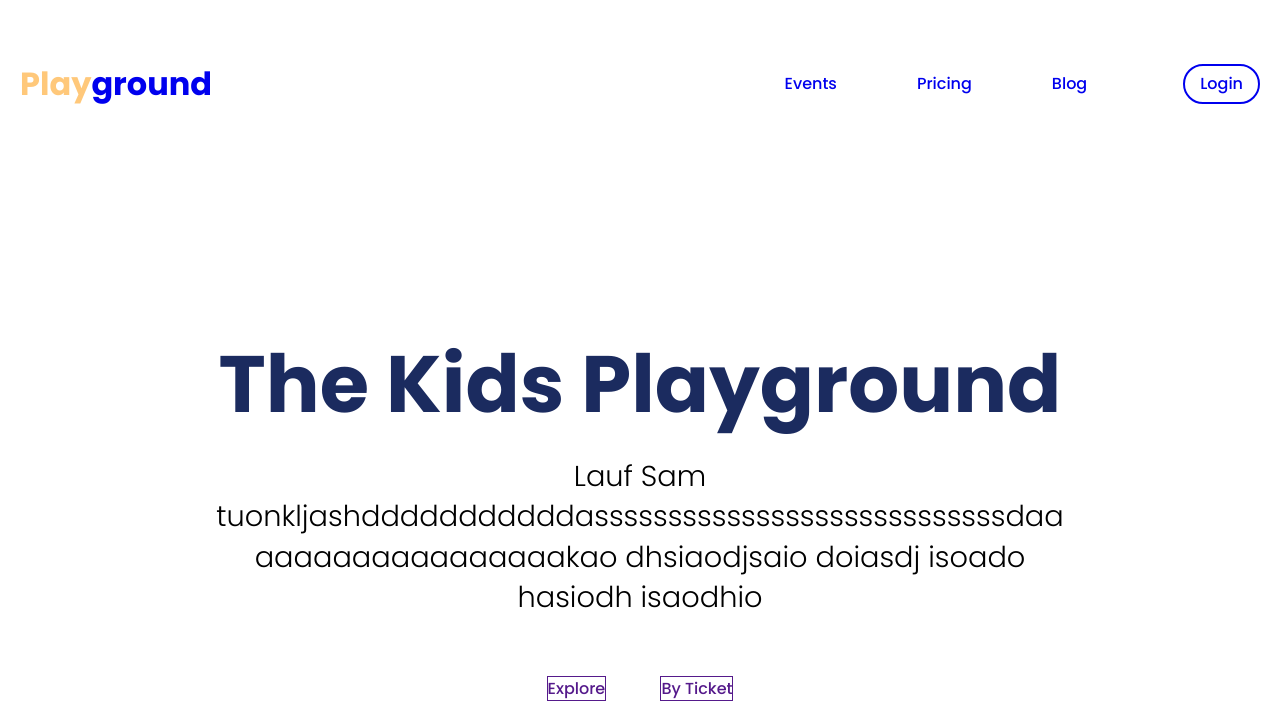
Repository: lausamtuong/Cut-psd-to-html
Page: index.html
An editor plug-in stored every save of this project. The page is shown before and after the next save, followed by the edit.
The browser window is 1280 px wide. The pictures show the whole page.
The style sheet was rebuilt from its Sass, Less or Tailwind sources for each picture, by a compiler version that may differ from the author's.

Above is the page before, as saved 2021-12-06 15:49:12.

### index.html
<!DOCTYPE html>
<html lang="en">
<head>
    <meta charset="UTF-8">
    <meta http-equiv="X-UA-Compatible" content="IE=edge">
    <meta name="viewport" content="width=device-width, initial-scale=1.0">

    <title>Document</title>
    <link rel="stylesheet" href="style.css">
    <link rel="stylesheet" href="reset.css">
    <link href="https://fonts.googleapis.com/css2?family=Lato:ital,wght@1,700;1,900&family=Poppins:wght@300;500;700&display=swap" rel="stylesheet">

</head>
<body>
    <div class="wrapper">
        <header class="header">
            <div class="container header__iner">
                <a href="index.html" class="logo">
                    <span class="logo__text">Play</span>ground
                </a>
                <nav class="header__menu">
                    <ul class="header__menu-list">
                        <li class="header__menu-item">
                            <a href="#" class="header__menu-link">Events</a>
                        </li>
                        <li class="header__menu-item">
                            <a href="#" class="header__menu-link">Pricing</a>
                        </li>
                        <li class="header__menu-item">
                            <a href="#" class="header__menu-link">Blog</a>
                        </li>
                        <li class="header__menu-item">
                            <a href="#" class="header__menu-link header__menu-login">Login</a>
                        </li>
                    </ul>
                </nav>
            </div>
        </header>
        <section class="banner">
            <div class="container">
                <h1 class="banner__headding">
                    The Kids Playground
                </h1>
                <p class="banner__decs">Lauf Sam tuonkljashdddddddddddassssssssssssssssssssssssssssdaaaaaaaaaaaaaaaaaakao dhsiaodjsaio doiasdj isoado hasiodh isaodhio</p>
                <div class="banner__buttons">
                    <a href="" class="btn">Explore</a>
                    <a href="" class="btn">By Ticket</a>
                </div>
            </div>
        </section>
    </div>
</body>
</html>

### reset.css
/* http://meyerweb.com/eric/tools/css/reset/
   v2.0 | 20110126
   License: none (public domain)
*/

html, body, div, span, applet, object, iframe,
h1, h2, h3, h4, h5, h6, p, blockquote, pre,
a, abbr, acronym, address, big, cite, code,
del, dfn, em, img, ins, kbd, q, s, samp,
small, strike, strong, sub, sup, tt, var,
b, u, i, center,
dl, dt, dd, ol, ul, li,
fieldset, form, label, legend,
table, caption, tbody, tfoot, thead, tr, th, td,
article, aside, canvas, details, embed,
figure, figcaption, footer, header, hgroup,
menu, nav, output, ruby, section, summary,
time, mark, audio, video {
	margin: 0;
	padding: 0;
	border: 0;
	font-size: 100%;
	font: inherit;
	vertical-align: baseline;
    font-family: "Poppins",sans-serif;
}
/* HTML5 display-role reset for older browsers */
article, aside, details, figcaption, figure,
footer, header, hgroup, menu, nav, section {
	display: block;
}
body {
	line-height: 1;
}
ol, ul {
	list-style: none;
}
blockquote, q {
	quotes: none;
}
blockquote:before, blockquote:after,
q:before, q:after {
	content: '';
	content: none;
}
table {
	border-collapse: collapse;
	border-spacing: 0;
}

### style.scss
$primary-color:#ffc87a;
$text-color:#1b2b5f;
a{
    text-decoration: none;
}
.container{
    padding: 0 20px;
    max-width: 1500px;

    margin: 0 auto;

}
.header{
    padding-top: 4rem;
    &__iner{
        display: flex;
        justify-content:space-between;
        align-items: center;

    }
    &__menu{
        &-list{
        display: flex;
        align-items: center;
        }
        &-item{
            margin-left: 5rem;
            &:last-child{
                margin-left: 6rem;
            }
        }
        &-link{
            font-size: 16px;
            &:hover{
                color:$primary-color;
                transition:  0.3s linear;
            }
        }
        &-login{
            padding: 10px 15px;
            display:inline-block;
            border:2px solid;
            border-radius: 100rem;
        }
    }
}
.logo{
font-size: 2rem;
font-weight: 600;
&:focus{
    color: $text-color;
}
&__text{
    color:$primary-color
}
}
.banner{
    padding-top:15rem;
    max-width: 900px;
    margin: 0 auto;
    text-align: center;
    &__headding{
        font-size: 5rem;
        color:$text-color;
        font-weight: 900;
        margin-bottom: 2rem;

    }
    &__decs{
        font-size: 1.8rem;
        font-weight: 300;
        line-height: 1.4;
        word-break: break-word;
        margin-bottom: 4rem;
    }
}
.btn{
    margin:10px 25px;
    border: 1px solid currentColor
}

After the next save:
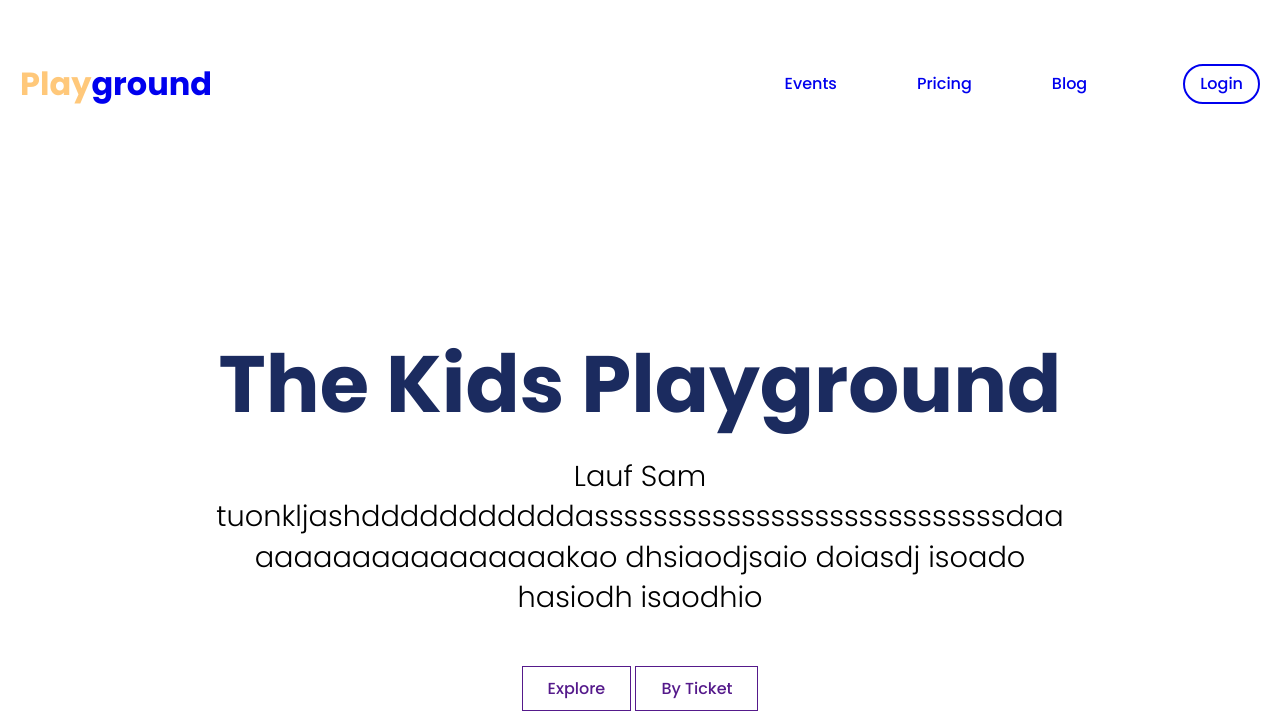
Saved 17 s later.
--- a/style.scss
+++ b/style.scss
@@ -75,6 +75,6 @@
     }
 }
 .btn{
-    margin:10px 25px;
+    padding:10px 25px;
     border: 1px solid currentColor
 }
